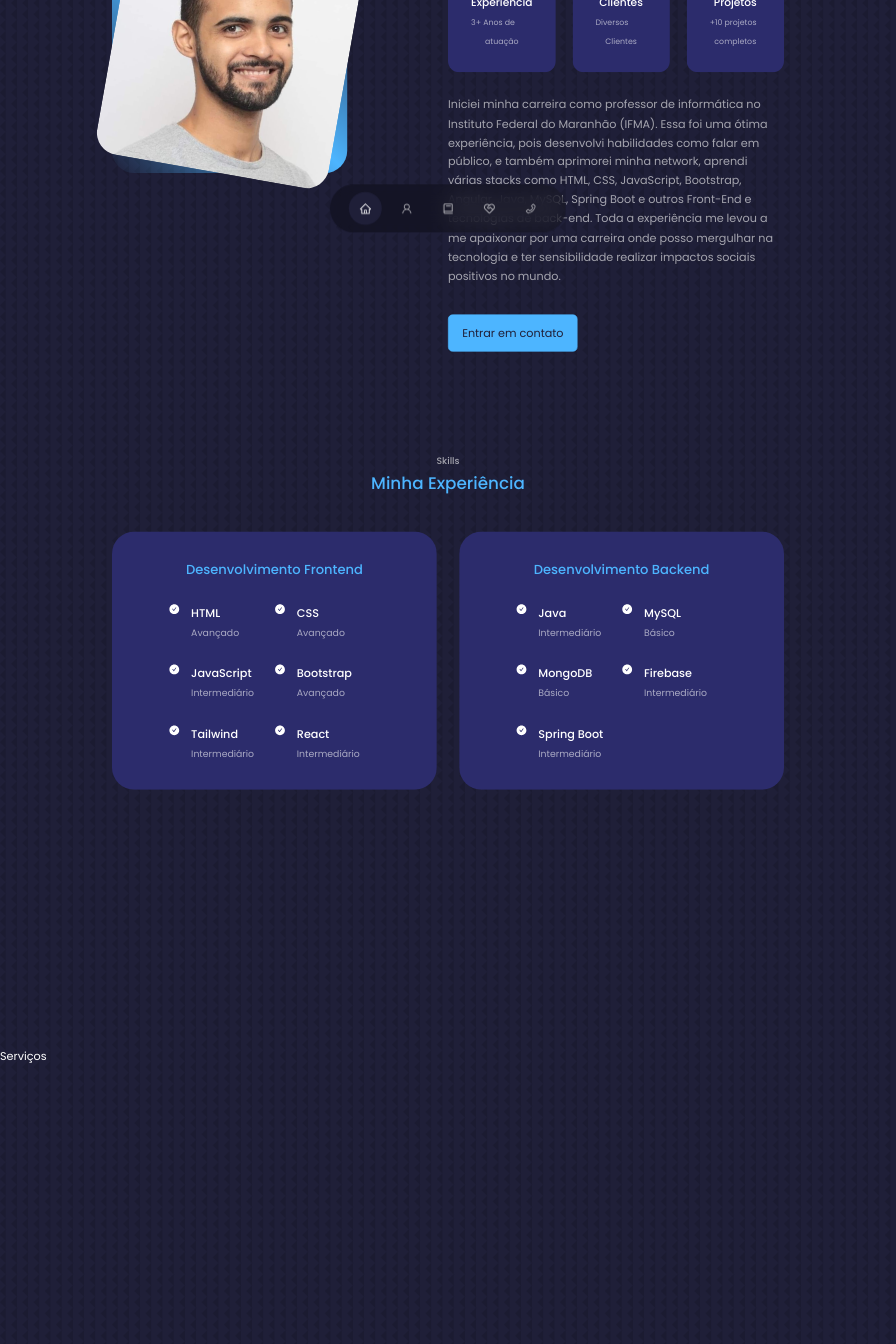
Repository: Mardoqueu/react-portfolio-website
Page: /
An editor plug-in stored every save of this project. The page is shown before and after a run of saves, followed by the edit.
The browser window is 1280 px wide. The pictures show the part of the page from y = 355 to 2275 px (the page is 5142 px tall), at 70% of full size.
The project was rebuilt for these pictures with package versions that can differ from the ones it lists, and the page was loaded fresh each time. Also part of the build but not shown: src/components/header/header.css, src/components/services/services.css, src/components/portfolio/portfolio.css, src/components/testimonials/testimonials.css, src/components/contact/contact.css, src/components/footer/footer.css.

Above is the page before, as saved 2022-10-23 10:25:23.

After the next 2 saves:
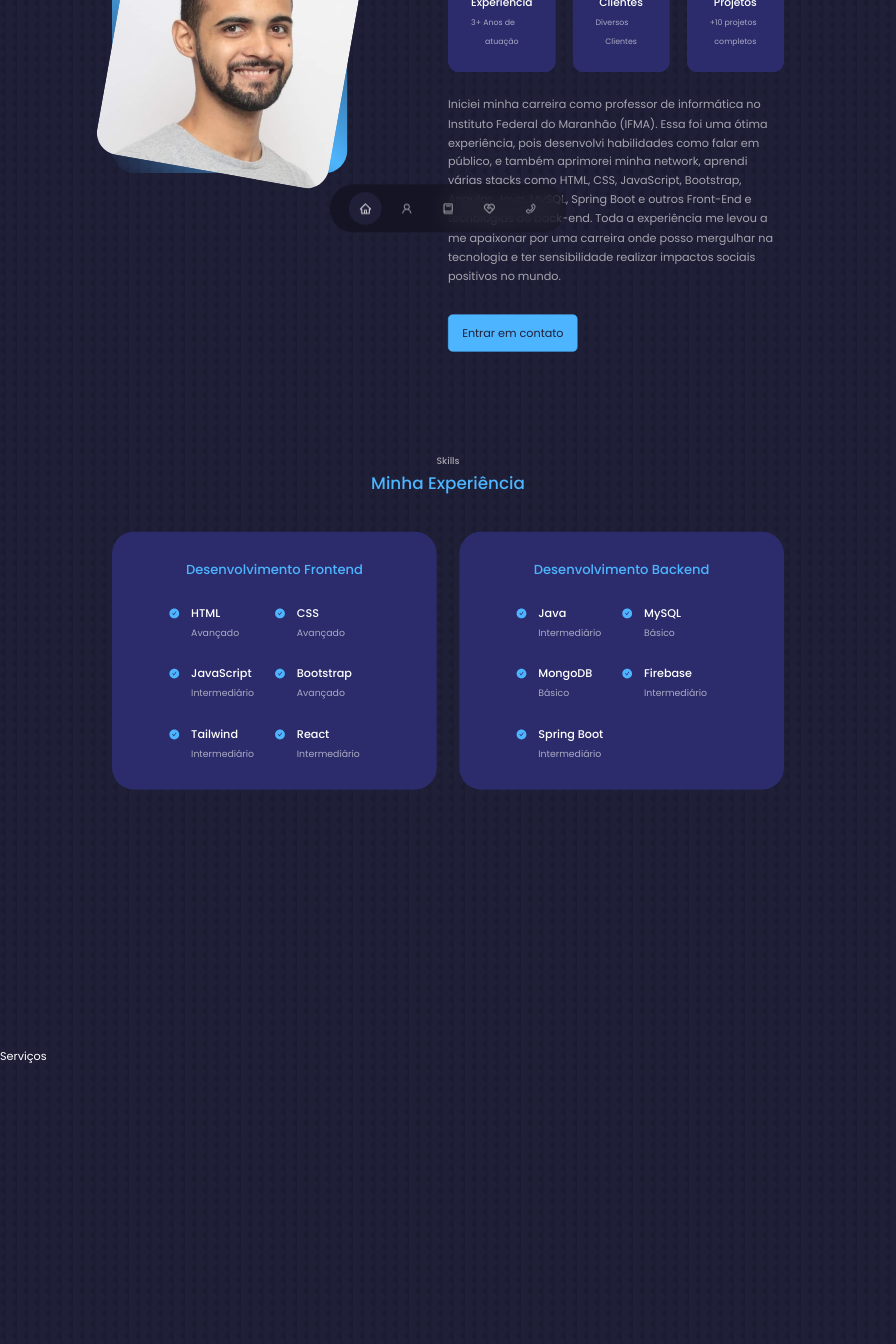
The 2 saves are shown as one change because they came seconds apart.
The last was saved 17 s later.
--- a/src/components/experience/experience.css
+++ b/src/components/experience/experience.css
@@ -35,7 +35,7 @@
     gap: 1rem;
 }
 
-.experience__details-icon{
+.experience_details-icon{
     margin-top: 6px;
     color: var(--color-primary);
 }
